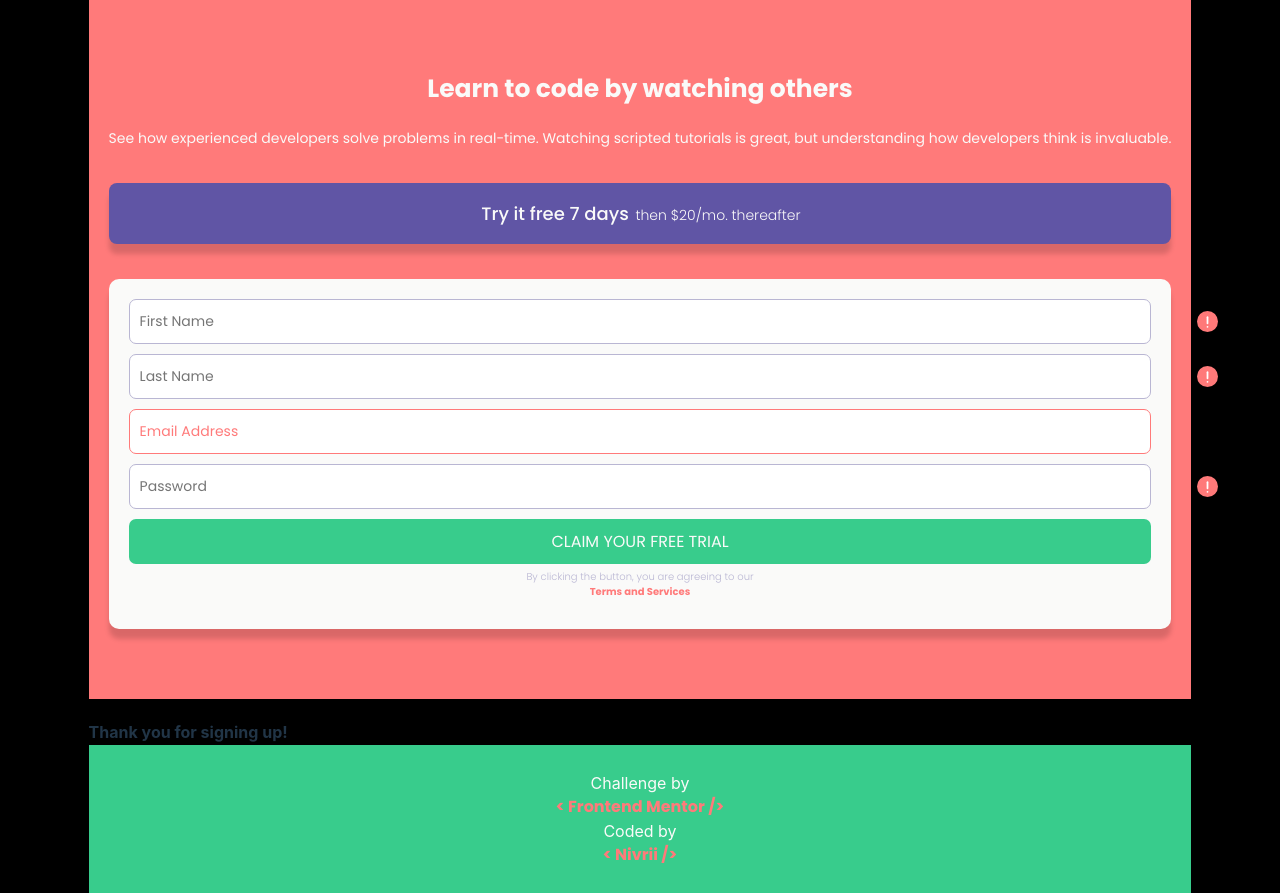
Repository: nivrii/intro-component-with-signup
Page: /
The author's editor kept a copy of each file at every save. The page is drawn from the files as they stood at one save, then again after the next save.
The browser window is 1280 px wide. The pictures show the whole page.
The project was rebuilt for these pictures with package versions that can differ from the ones it lists, and the page was loaded fresh each time. Also part of the build but not shown: vite.config.js.

Above is the page before, as saved 2023-10-14 02:43:54.

### src/App.jsx
import { Footer } from './Footer/Footer';
import { Form } from './Form/Form';
import { Card } from './Card/Card';
import { Content } from './Content/Content';
import "./App.css";

function App() {

  return (
    <>
      <div className="container">
        <Content     />
        <Card     />
        <Form   />
      </div>
      <div className="success">
        <h4>Thank you for signing up!</h4>
        <p>

        </p>
      </div>
      <Footer    />
    </>
  );
}

export default App;

### src/Footer/Footer.jsx
import "./Footer.css";
export function Footer() {
  const frontend = '< Frontend Mentor />';
  const coder = "< Nivrii />";
  return (
    <footer>
      <p className="attribution">
        Challenge by{" "}
        <a
          href="https://www.frontendmentor.io?ref=challenge"
          target="_blank"
          rel="noreferrer"
        >
          {frontend}
        </a>
         Coded by{" "}
        <a href="https://github.com/nivrii/intro-component-with-signup">
          {coder}
        </a>
      </p>
    </footer>
  );
}

### src/Form/Form.jsx
import "./Form.css";
import { useState } from "react";
import errorIcon from '../../public/images/icon-error.svg'

export function Form() {
  const [fName, setFName] = useState('');
  const [lName, setLName] = useState('');
  const [email, setEmail] = useState('');
  const [password, setPassword] = useState('');

  const [fNameEmpty, setFNameEmpty] = useState(false);
  const [lNameEmpty, setLNameEmpty] = useState(false);
  const [emailEmpty, setEmailEmpty] = useState(false);
  const [passEmpty, setPassEmpty] = useState(false);
  const [disabled, setDisabled] = useState(true)

  const handleFirstName = (e) => {
    e.preventDefault();
    let value = e.target.value;
    value === "" ? setFNameEmpty(true) : setFNameEmpty(false);
    setFName(value)
  };
  const handleLastName = (e) => {
    e.preventDefault();
    let value = e.target.value;
    value === "" ? setLNameEmpty(true) : setLNameEmpty(false);
    setLName(value)
  };
  const handleEmail = (e) => {
    e.preventDefault();
    let value = e.target.value;
    value === "" ? setEmailEmpty(true) : setEmailEmpty(false);
    setEmail(value)
  };
  const handlePassword = (e) => {
    e.preventDefault();
    let value = e.target.value;
    value === "" ? setPassEmpty(true) : setPassEmpty(false);
    setPassword(value)
  };
  const handleSubmit = (e) => {
    e.preventDefault();
   if(fName === ''){
    setFNameEmpty(true)
   }
   if(lName === ''){
    setLNameEmpty(true)
   }
   if(password === ''){
    setPassEmpty(true)
   }
   if(email === ''){
    setEmailEmpty(true)
    document.querySelector('.email').classList.add('input-error')
   }
   else{
    setFName('')
    setEmail('')
    setLName('')
    setPassword('')

   }
  };

  return (
    <form action="submit" className="form" onSubmit={e=>e.preventDefault()}>
      <div className="input-enclose">
        <img src={errorIcon} alt="error-icon" className="error-icon"/>
        <input
          type="text"
          placeholder="First Name"
          value={fName}
          className="input"
          onChange={(e) => handleFirstName(e)}
        />
        <div className="err-enclose">
          {fNameEmpty && (
            <div className=" err err-fName">First Name Cannot Be Empty</div>
          )}
        </div>
      </div>

      <div className="input-enclose">
        <img src={errorIcon} alt="error-icon" className="error-icon"/>
        <input
          type="text"
          placeholder="Last Name"
          value={lName}
          className="input"
          onChange={(e) => handleLastName(e)}
        />
        <div className="err-enclose">
          {lNameEmpty && (
            <div className=" err err-lName">Last Name Cannot Be Empty</div>
          )}
        </div>
      </div>

      <div className="input-enclose">
        {emailEmpty && <img src={errorIcon} alt="error-icon" className="error-icon"/>}
        <input
          type="email"
          placeholder="Email Address"
          value={email}
          className="input input-error"
          onChange={(e) => handleEmail(e)}
        />
        <div className="err-enclose">
          {emailEmpty && (
            <div className="  err err-email">Email Cannot Be Empty</div>
          )}
          <div className=" err miss-email">
            That does not look like an email
          </div>
        </div>
      </div>

      <div className="input-enclose">
        <img src={errorIcon} alt="error-icon" className="error-icon"/>
        <input
          type="password"
          placeholder="Password"
          value={password}
          className="input"
          onChange={(e) => handlePassword(e)}
        />
        <div className="err-enclose">
          {passEmpty && (
            <div className="  err err-password">
              Password Cannot Be Empty
            </div>
          )}
        </div>
      </div>

      <button type="submit" className="btn" onClick={handleSubmit}>
        Claim your free trial
      </button>
      <div className="pWrap">
        <p>By clicking the button, you are agreeing to our</p>
        <p>Terms and Services</p>
      </div>
    </form>
  );
}

### src/Card/Card.jsx
import "./Card.css";
export function Card() {
  return (
      <div className="card__content">
        <p><span>Try it free 7 days </span>
        then $20/mo. thereafter</p>
      </div>
  );
}

### src/Content/Content.jsx
import "./Content.css";
export function Content() {
  return (
    <div className="content">
      <h4>Learn to code by watching others</h4>
      <p>
        See how experienced developers solve problems in real-time. Watching
        scripted tutorials is great, but understanding how developers think is
        invaluable.
      </p>
    </div>
  );
}

### src/App.css
*{
  box-sizing: border-box;
  border: 0;
  padding: 0;
}
:root{
  /*Primary colors*/
  --red:hsl(0, 100%, 74%);
  --green: hsl(154, 59%, 51%);
  /*Accent colors*/
  --blue: hsl(248, 32%, 49%);
  --white:#FAFAF9;
  /*Neutral colors*/
  --dark-blue: hsl(249, 10%, 26%);
  --grayish-blue: hsl(246, 25%, 77%);
  /*typography*/
  --fSize: 14px;
  --w4: 400;
  --w5: 500;
  --w6: 600;
  --w7: 700;
}
@font-face {
  font-family: "Poppins-bold";
  src: url(./assets/Fonts/poppins/Poppins-Bold.otf) format("opentype");
}
@font-face {
  font-family: "Poppins-regular";
  src: url(./assets/Fonts/poppins/Poppins-Regular.otf) format("opentype");
}
@font-face {
  font-family: "Poppins-medium";
  src: url(./assets/Fonts/poppins/Poppins-Medium.otf) format("opentype");
}
@font-face {
  font-family: "Poppins-light";
  src: url(./assets/Fonts/poppins/Poppins-Light.otf) format("opentype");
}
body{
  display: flex;
  flex-direction: column;
  background-color:#000;
}
.container{
  display: flex;
  flex-direction: column;
  align-items: center;
  justify-content: center;
  width: 100%;
  background-color: var(--red);
  padding: 50px 20px 70px ;
  margin: 0;
}

### src/Footer/Footer.css
@import url(../App.css);

footer{
    width: 100%;
    height: 100%;
    background-color: var(--green) !important;
    margin: -20px 0 0;
    padding: 10px;
}
.attribution{
    color: var(--white);
    font-family: 'Poppins-regular' sans-serif;
    display: flex;
    flex-direction: column;
    text-align: center;
    & a{
        color:var(--red);
        font-family: 'Poppins-bold', sans-serif;
        text-decoration: none;
&:hover{
    color:var(--white);
    text-decoration: line-through;
}
    }
}

### src/Form/Form.css
@import url(../App.css);

.form {
  display: flex;
  flex-direction: column;
  background-color: var(--white);
  width: 100%;
  margin-top: 15px;
  padding: 20px;
  gap: 10px;
  border-radius: 10px;
  box-shadow: 0 10px 5px rgba(0, 0, 0, 0.15);
  & .input,
  .btn {
    height: 45px;
    width: 100%;
    border-radius: 7px;
    font-family: "Poppins-regular", sans-serif;
    -webkit-transition: 0.5s;
    transition: 0.5s;
  }
  & .input-error {
    border: 1px solid var(--red) !important;
    color: var(--red) !important;
    outline: none;
    &:focus {
      border: 2px solid var(--red) !important;
    }
    &::placeholder {
      color: var(--red);
    }
  }
  & .input-enclose {
    display: flex;
    flex-direction: column;
    .input {
      border: 1px solid var(--grayish-blue);
      padding-left: 10px;
      font-size: var(--fSize);
    }
    & .err-enclose {
      display: flex;
      justify-content: flex-end;
      align-items: center;
      & .err {
        display: block;
        color: var(--red);
        border-radius: 7px;
        height: 15px;
        width: auto;
        margin-left: calc(100% - width);
        padding: 5px;
        font-size: 10px;
        font-family: "Poppins-light", sans-serif;
      }
      & .miss-email {
        display: none;
      }
    }
    & .error-icon {
      position: absolute;
      padding: 2px;
      right: 50px;
      width: 25px;
      height: 25px;
      margin-top: 10px;
      margin-right: 10px;
    }
  }
  & .btn {
    background-color: var(--green);
    color: var(--white);
    text-transform: uppercase;
    transition-duration: 0.3s;
    transition-timing-function: ease;
    &:hover {
      transform: scale(1.05);
    }
  }
  & .pWrap {
    padding: 10px;
    text-align: center;
    margin-top: -15px;
    & * {
      margin: 0;
      font-size: 10px;
    }
    & p:nth-child(1) {
      font-family: "Poppins-light", sans-serif;
      color: var(--grayish-blue);
    }
    & p:nth-child(2) {
      font-family: "Poppins-bold", sans-serif;
      color: var(--red);
    }
  }
}

### src/Card/Card.css
@import url(../App.css);

.card__content{
    width: 100%;
    background-color: var(--blue);
    border-radius: 8px;
    padding: 15px 40px;
    margin: 20px 0;
    box-shadow: 0 10px 5px rgba(0, 0, 0, 0.15);
    & *{
        color: var(--white);
        text-align: center;
        margin: 2px;
    }& span{
        font-size: 18px;
        font-family: 'Poppins-medium', sans-serif;
    }
    & p{
        font-family: 'Poppins-light', sans-serif;
        font-size: var(--fSize);

    }
}

### src/Content/Content.css
@import url(../App.css);

.content {
  & * {
    color: var(--white);
    text-align: center;
  }
  & h4 {
    font-size: 25px;
    margin: 20px;
    font-family: 'Poppins-bold', sans-serif;
  }
  & p {
    font-size: var(--fSize);
    font-family: 'Poppins-regular', sans-serif;
  }
}

Loaded but not shown: index.html (common file); src/main.jsx (common file); src/index.css (common file)

After the next save:
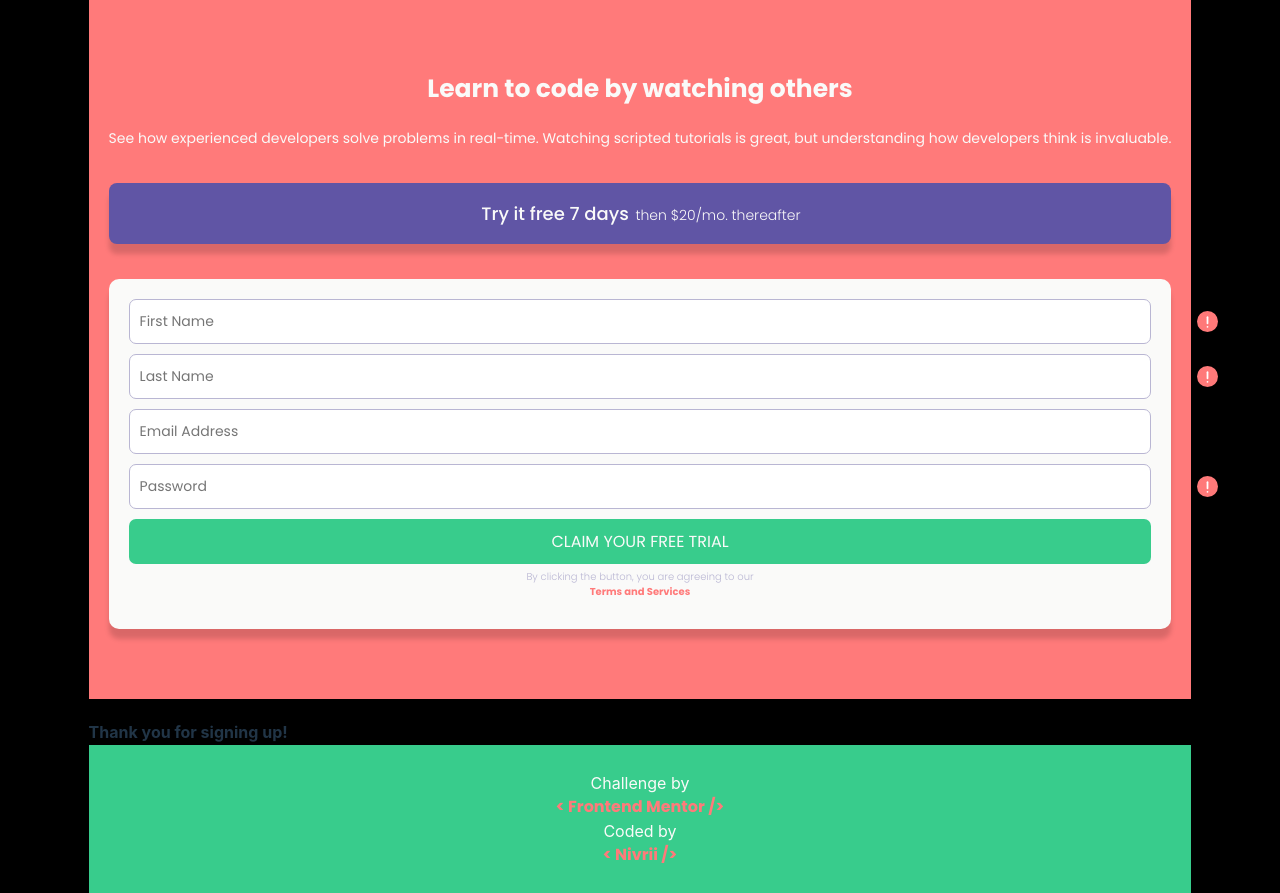
Saved 31 s later.
--- a/src/Form/Form.jsx
+++ b/src/Form/Form.jsx
@@ -102,7 +102,7 @@ export function Form() {
           type="email"
           placeholder="Email Address"
           value={email}
-          className="input input-error"
+          className="input"
           onChange={(e) => handleEmail(e)}
         />
         <div className="err-enclose">
